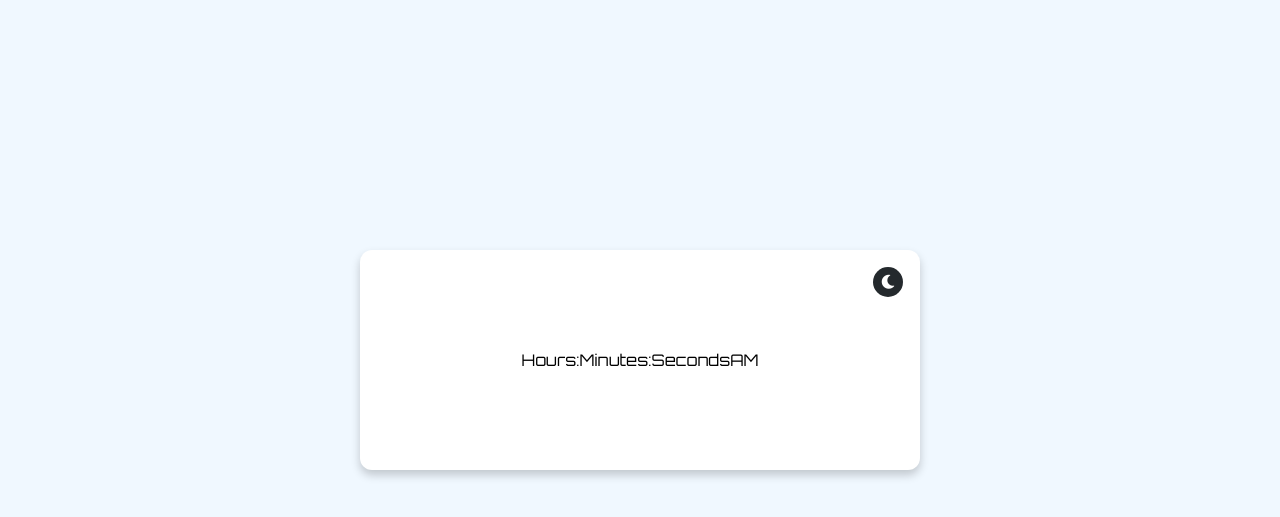
Repository: Seva2705/Clock
Page: index.html
An editor plug-in stored every save of this project. The page is shown before and after a run of saves, followed by the edit.
The browser window is 1280 px wide. The pictures show the whole page.

Above is the page before, as saved 2023-08-06 19:39:01.

### index.html
<!DOCTYPE html>
<html lang="en">
<head>
    <meta charset="UTF-8">
    <meta http-equiv="X-UA-Compatible" content="IE=edge">
    <meta name="viewport" content="width=device-width, initial-scale=1.0">
    <title>Clock</title>
    <link rel='stylesheet' href='https://cdnjs.cloudflare.com/ajax/libs/font-awesome/5.15.4/css/all.min.css'>
    <link rel="stylesheet" href="style.css">
</head>
<body>
    <section>

        <div class="container">
            <div class="icons">
                <i class="fas fa-moon"></i>
                <i class="fas fa-sun"></i>
            </div>
            <div class="time">
                <div class="time-colon">
                    <div class="time-text">
                        <span class="num hour_num"></span>
                        <span class="text">Hours</span>
                    </div>
                    <span class="colon">:</span>
                </div>
                <div class="time-colon">
                    <div class="time-text">
                        <span class="num min_num"></span>
                        <span class="text">Minutes</span>
                    </div>
                    <span class="colon">:</span>
                </div>
                <div class="time-colon">
                    <div class="time-text">
                        <span class="num sec_num"></span>
                        <span class="text">Seconds</span>
                    </div>
                    <span class="am_pm">AM</span>
                </div>
            </div>
        </div>
    </section>


    <script src="script.js"></script>

</body>
</html>

### style.css
@import url('https://fonts.googleapis.com/css2?family=Orbitron:wght@400;500;600;700&display=swap');


* {
    margin: 0;
    padding: 0;
    box-sizing: border-box;
    font-family: 'Orbitron', sans-serif;
    transition: all 0.4s ease;
}

section {
    min-height: 100vh;
    width: 100%;
    display: flex;
    align-items: center;
    justify-content: center;
    background: #F0F8FF;
    padding: 0 20px;
}

section.dark {
    background: #24292D;
}

.container {
    display: flex;
    align-items: center;
    justify-content: center;
    height: 220px;
    max-width: 560px;
    width: 100%;
    background: #fff;
    box-shadow: 0 5px 10px rgba(0, 0, 0, 0.2);
    border-radius: 12px;
    position: relative;
}

section.dark .container {
    background: #323840;
}

section .container .icons i {
    position: absolute;
    right: 17px;
    top: 17px;
    height: 30px;
    width: 30px;
    background: #24292D;
    color: #fff;
    text-align: center;
    line-height: 30px;
    border-radius: 50%;
    font-size: 14px;
    cursor: pointer;
}

section.dark .container .icons i {
    background: #fff;
    color: #323840;
}

.container .icons i.fa-sun {
    opacity: 0;
    pointer-events: none;
}

section.dark .container .icons i.fa-sun {
    opacity: 1;
    pointer-events: auto;
    font-style: 16px;
}

section .container .time {
    display: flex;
    align-items: center;
}

.time-colon {
    display: flex;
    align-items: center;
    position: relative;
}

Loaded but not shown: script.js (no copy from this time; the picture is the same without it)

After the next 4 saves:
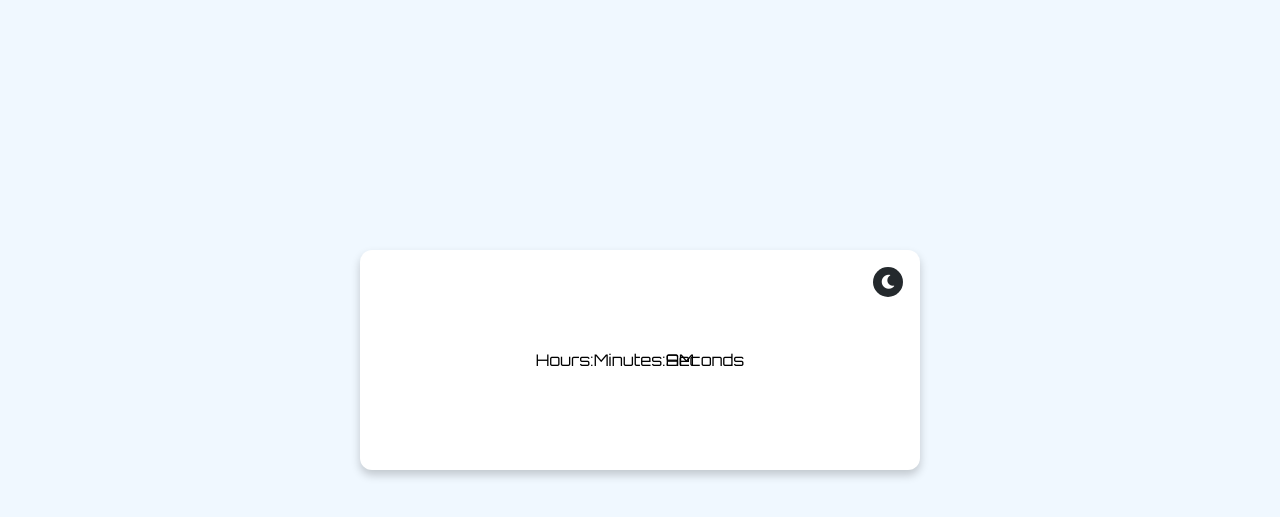
The 4 saves are shown as one change because they came seconds apart.
The last was saved 34 s later.
--- a/style.css
+++ b/style.css
@@ -81,3 +81,7 @@ section .container .time {
     align-items: center;
     position: relative;
 }
+
+.am_pm {
+    position: absolute;
+}
